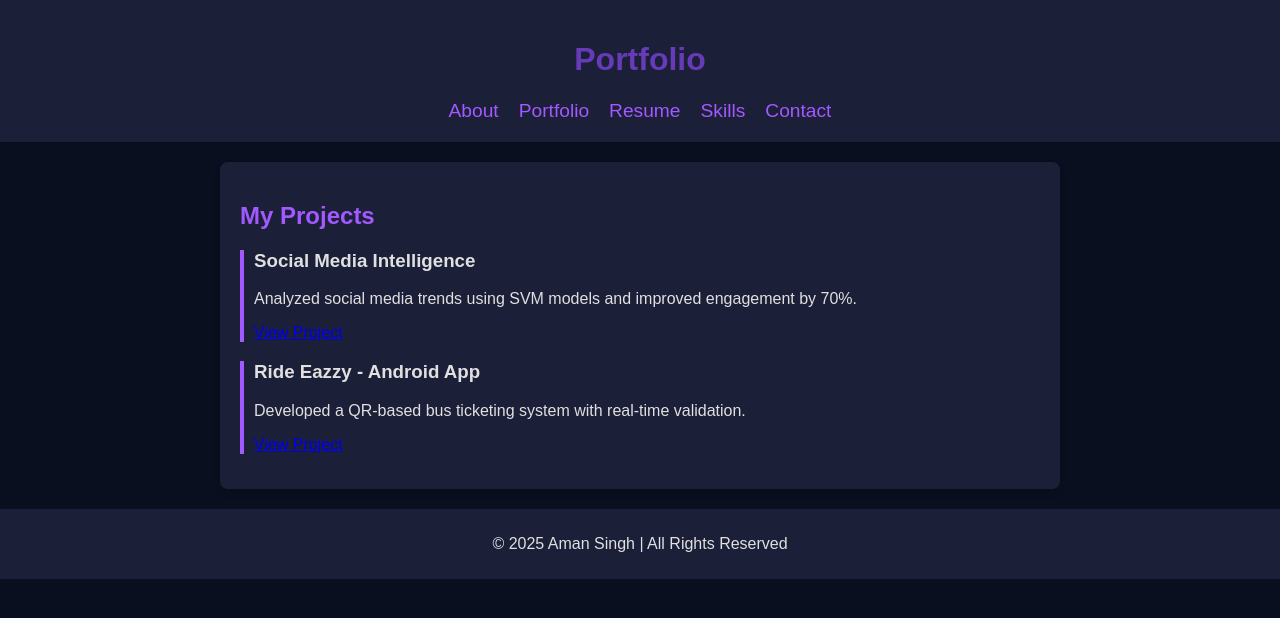
Repository: aman3singh/portfolio
Page: portfolio.html
The author's editor kept a copy of each file at every save. The page is drawn from the files as they stood at one save, then again after the next save.
The browser window is 1280 px wide. The pictures show the whole page.

Above is the page before, as saved 2025-02-11 18:33:14.

After the next save:
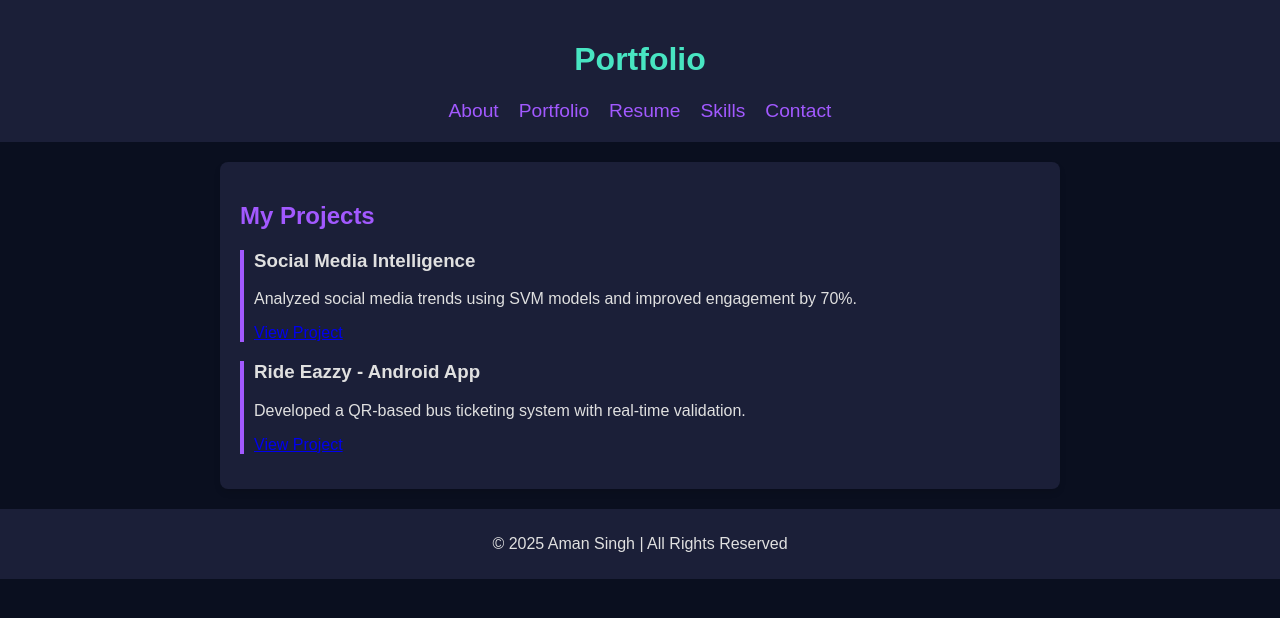
Saved 11 s later.
--- a/styles.css
+++ b/styles.css
@@ -8,7 +8,7 @@ body {
 
 header {
     background-color: #1B1F38;
-    color: 	#673AB7;
+    color: 	#48E5C2;
     text-align: center;
     padding: 20px;
 }
